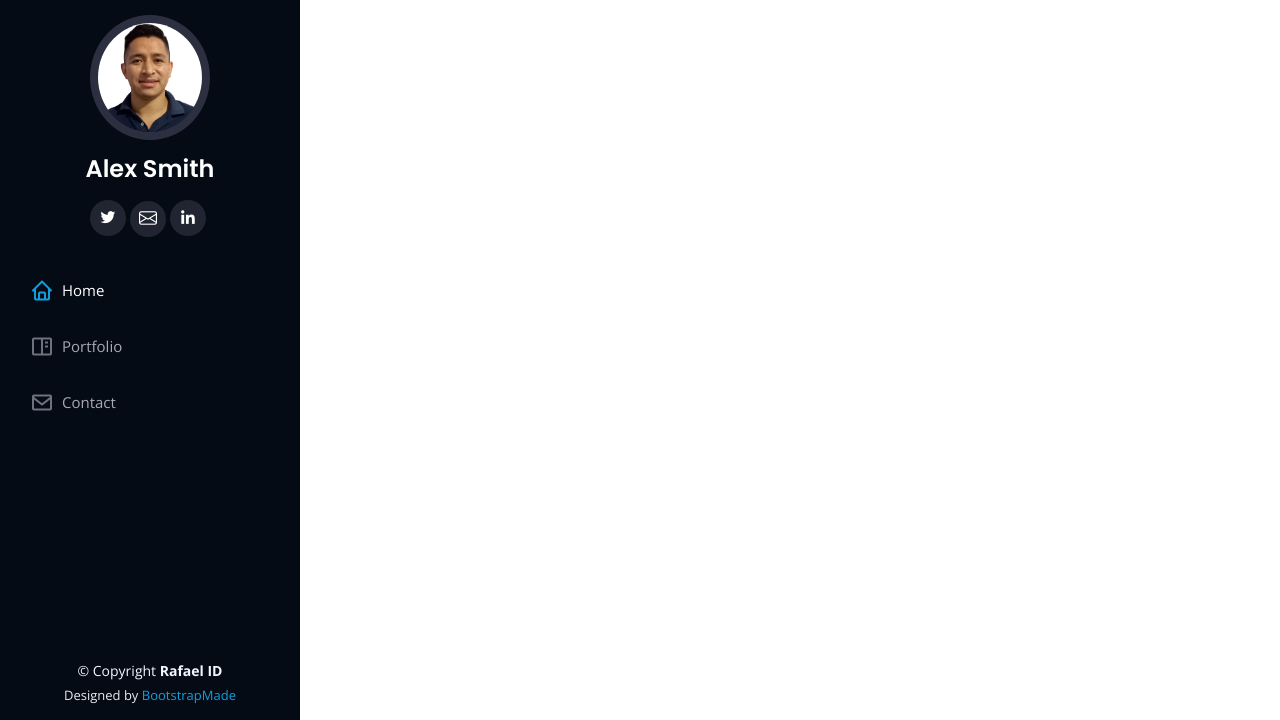
Repository: ralfId/myportfolio
Page: /
The author's editor kept a copy of each file at every save. The page is drawn from the files as they stood at one save, then again after the next save.
The browser window is 1280 px wide. The pictures show the whole page.
The project was rebuilt for these pictures with package versions that can differ from the ones it lists, and the page was loaded fresh each time. Also part of the build but not shown: src/data/projects.js, src/components/Projects/ProjectItem.js, src/components/Projects/ProjectIndex.js, src/helpers/ProjectById.js, src/components/Projects/ProjectDetail.js.

Above is the page before, as saved 2021-09-20 15:37:43.

After the next save:
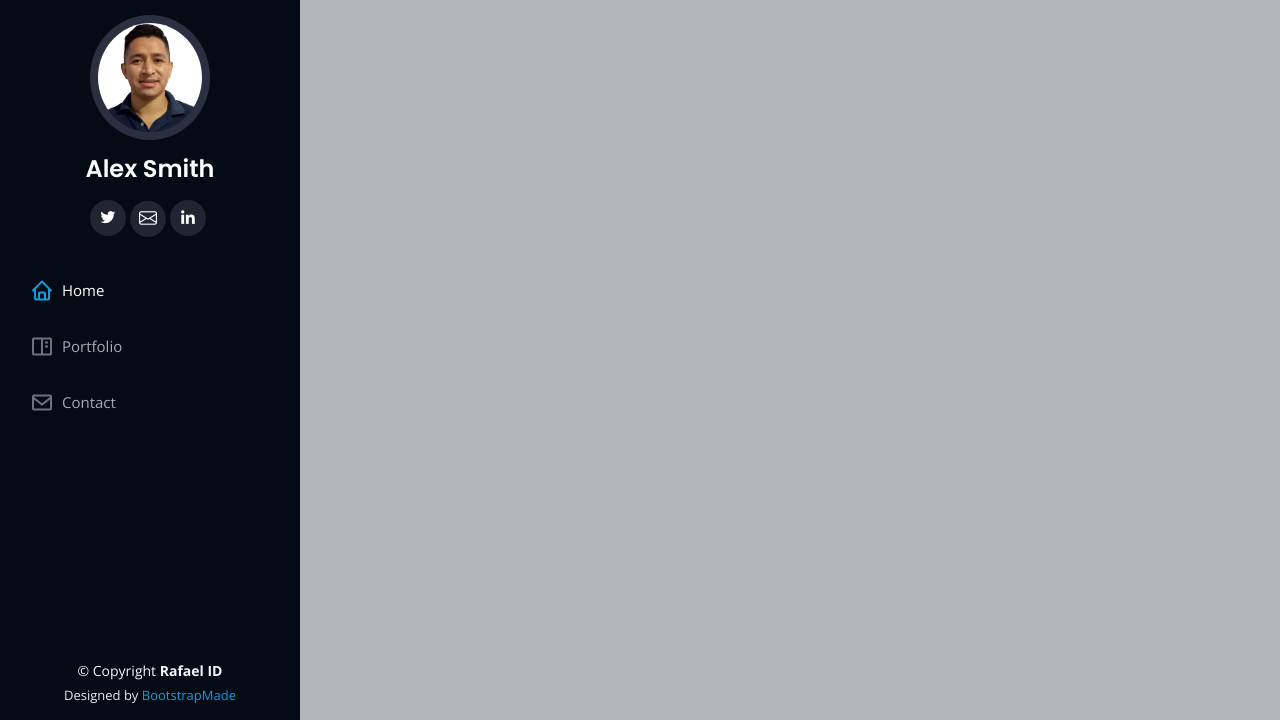
Saved 22 s later.
--- a/src/components/Home.js
+++ b/src/components/Home.js
@@ -9,7 +9,7 @@ export const Home = () => {
                     <p>I'm <span className="typed" data-typed-items="Software Developer, Xamarin Forms Developer, .Net Core Developer"></span></p>
                 </div>
             </section> */}
-            <section>
+            <section id="hero">
                 <div className="position-relative overflow-hidden p-3 p-md-5 m-md-3 text-center ">
 
                 </div>

After the save that followed:
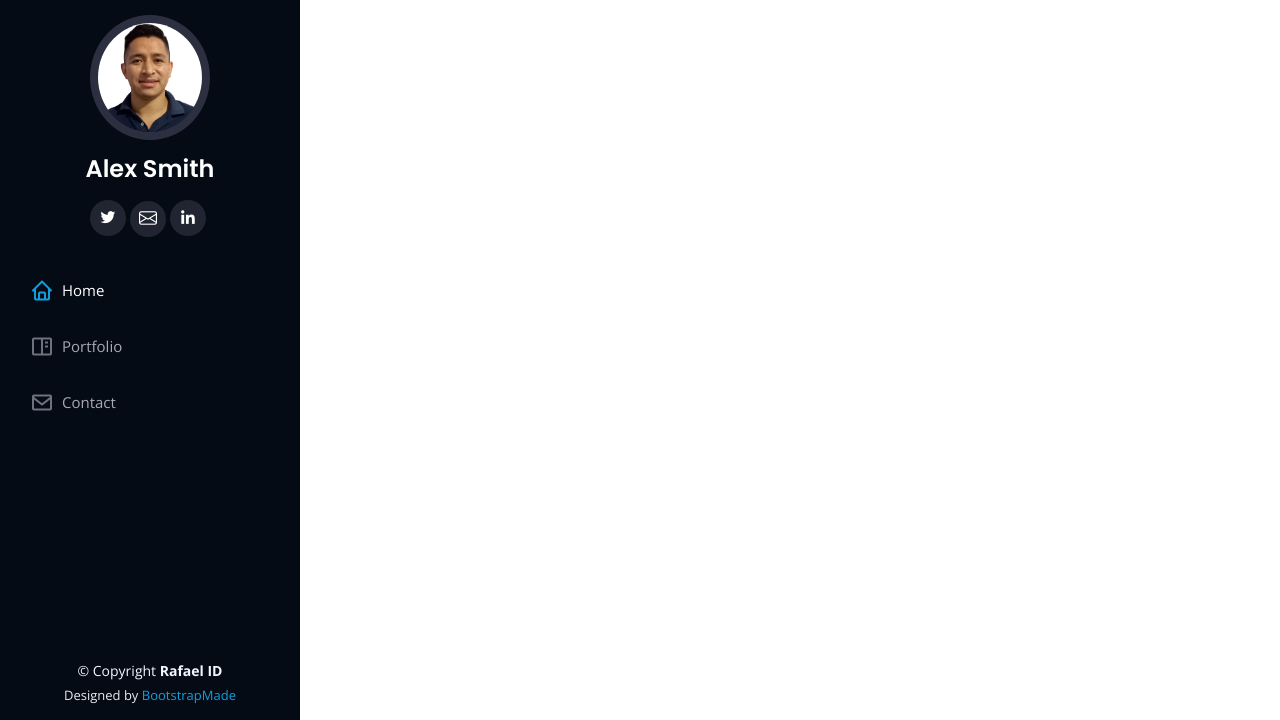
Saved 11 s later.
--- a/public/css/style.css
+++ b/public/css/style.css
@@ -219,7 +219,7 @@ h1, h2, h3, h4, h5, h6 {
 
 #hero:before {
   content: "";
-  background: rgba(5, 13, 24, 0.3);
+  /* background: rgba(5, 13, 24, 0.3); */
   position: absolute;
   bottom: 0;
   top: 0;
